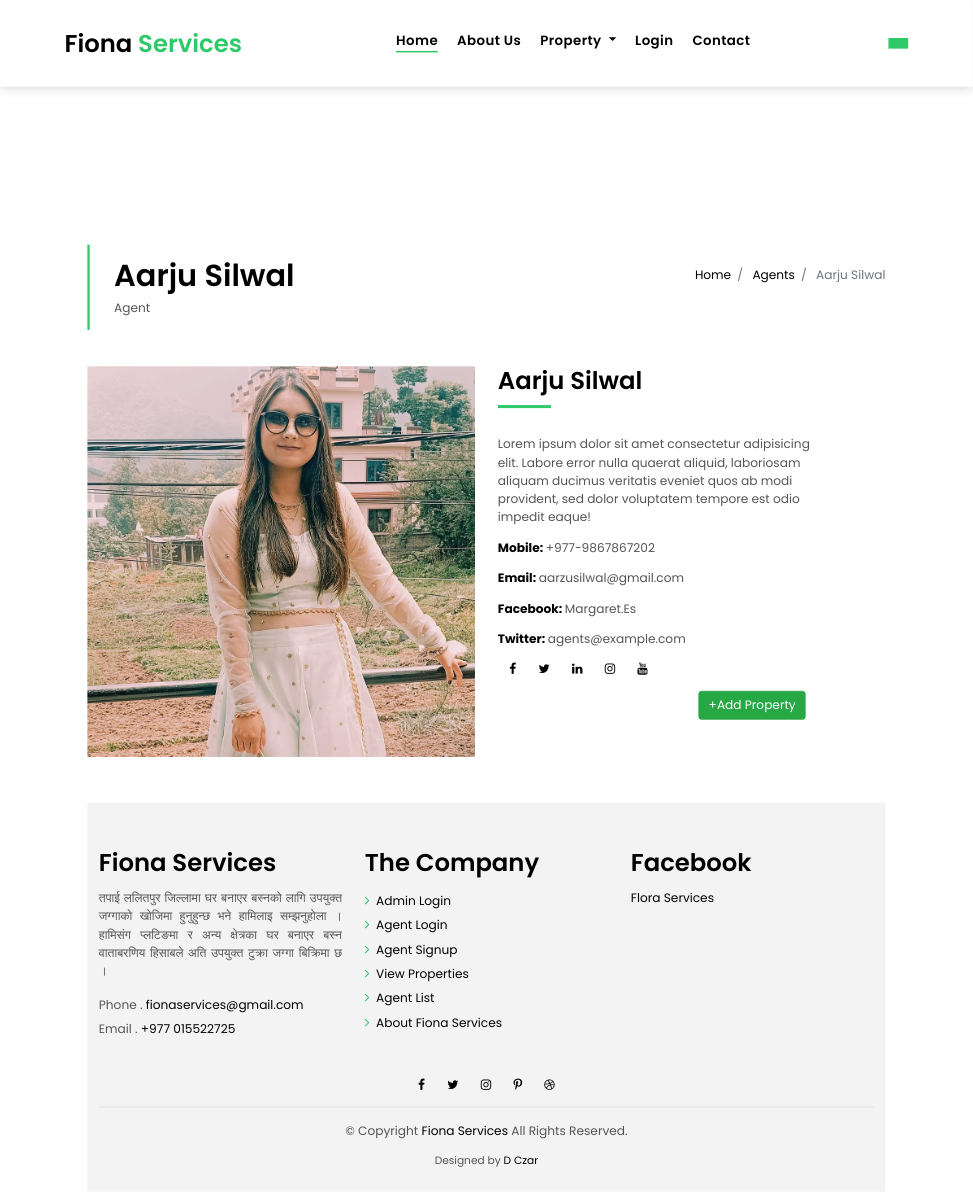
Repository: Sjuicyy/realstate
Page: profile.html
These files come from the project's save history. The page is drawn as it stood at one moment and after a run of saves; the edit follows.
The browser window is 1280 px wide. The pictures show the whole page, at 76% of full size.

Above is the page before, as saved 2022-10-15 09:54:19.

After the next 6 saves:
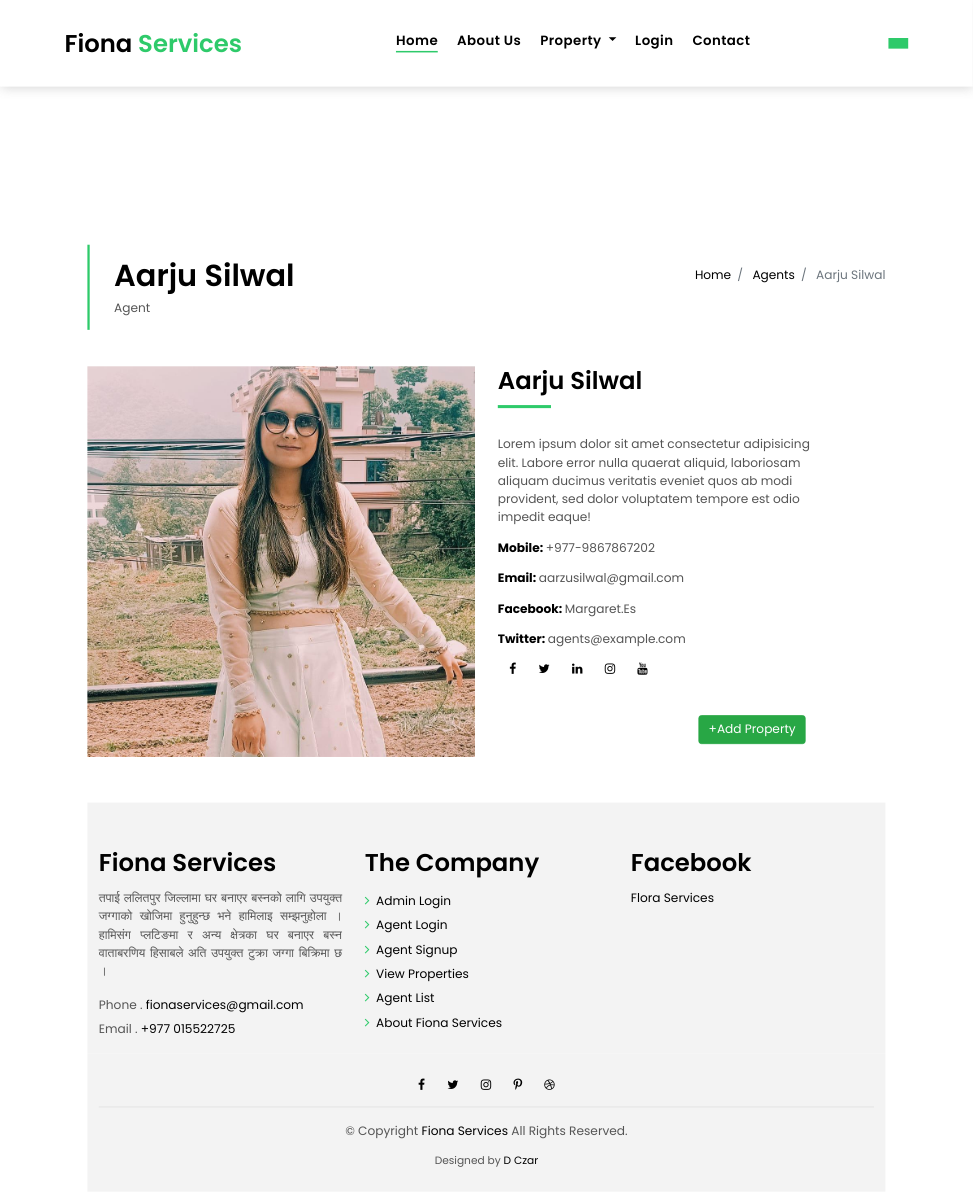
The 6 saves are shown as one change because they came seconds apart.
The last was saved 17 s later.
--- a/profile.html
+++ b/profile.html
@@ -195,7 +195,7 @@
                                             </div>
                                         </div>
                                         <div class="col-md-12">
-                                            <div class="m-auto">
+                                            <div class="mt-5">
                                                 <a href="./Add-Property.html">
                                                     <div class="btn float-right btn-success mb-3">+Add Property</div>
                                                 </a>

After the save that followed:
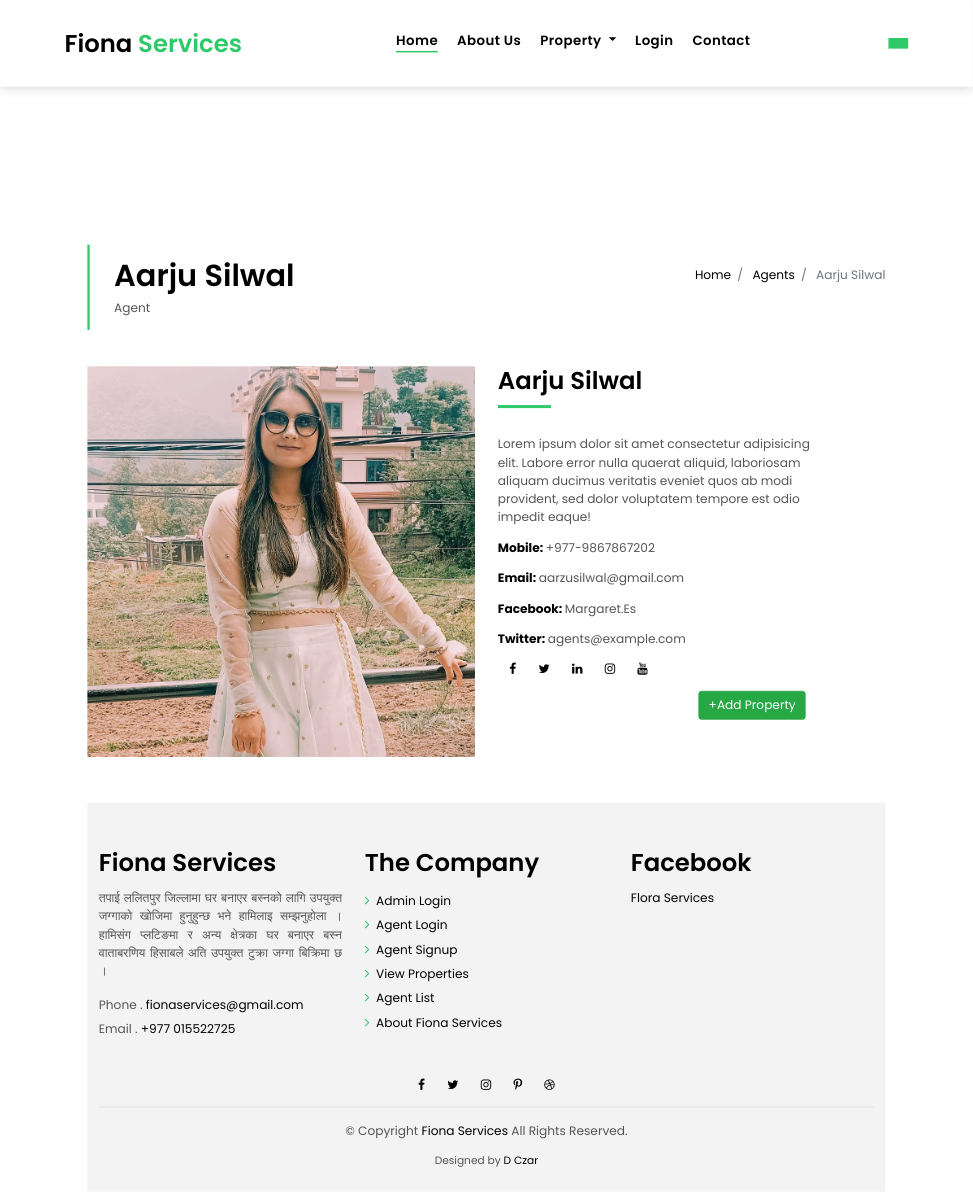
Saved 8 s later.
--- a/profile.html
+++ b/profile.html
@@ -195,7 +195,7 @@
                                             </div>
                                         </div>
                                         <div class="col-md-12">
-                                            <div class="mt-5">
+                                            <div class="">
                                                 <a href="./Add-Property.html">
                                                     <div class="btn float-right btn-success mb-3">+Add Property</div>
                                                 </a>
